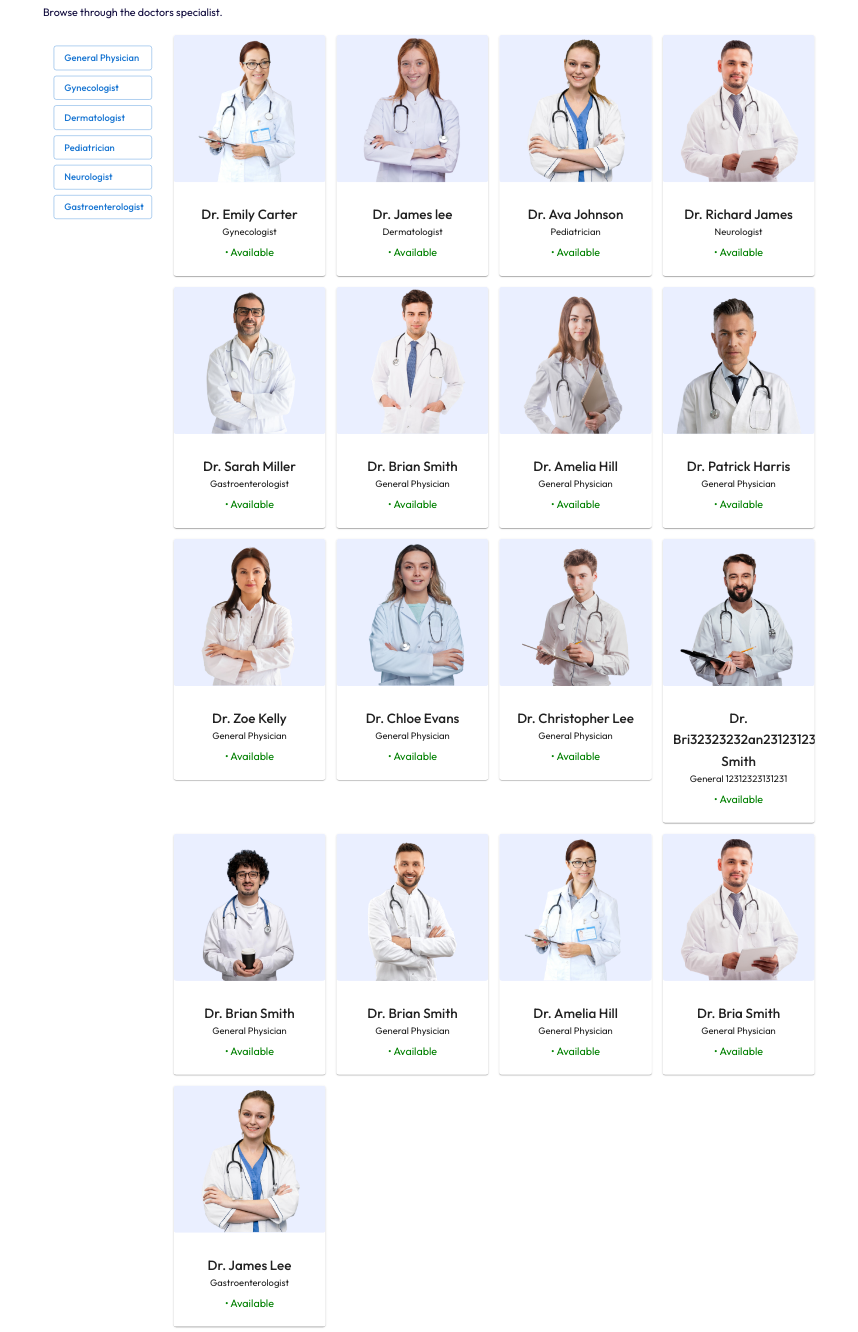
Repository: Ali-Dmerdash/DEPI_GRAD
Page: /
These files come from the project's save history. The page is drawn as it stood at one moment and after the next save; the edit follows.
The browser window is 1280 px wide. The pictures show the whole page, at 67% of full size.
The project was rebuilt for these pictures with package versions that can differ from the ones it lists, and the page was loaded fresh each time. Also part of the build but not shown: vite.config.ts.

Above is the page before, as saved 2024-10-05 22:22:38.

### src/App.tsx
import "./App.css";
import "react-router-dom";
import { library } from "@fortawesome/fontawesome-svg-core";
import { fab } from "@fortawesome/free-brands-svg-icons";
import { fas } from "@fortawesome/free-solid-svg-icons";
import { far } from "@fortawesome/free-regular-svg-icons";
import Doctors from "./pages/doctors/index.tsx";

function App() {
  return (
    <>
      <Doctors />
    </>
  );
}

export default App;
library.add(fab, fas, far);

### src/index.css
@import url("https://fonts.googleapis.com/css2?family=Outfit:wght@100..900&display=swap");

body {
  font-family: "Outfit", sans-serif;
  color: var(--text-color);
}

:root {
  --primary-color: #07456f;
  --secondary-color: #009f9d;
  --text-color: #0f0a3c;
  --card-button-color: #ace6f6;
  --border-color: #adadad;
}

### src/App.css
@import "./App.css";

body {
  color: var(--text-color);
}

### src/pages/doctors/index.tsx
import React, { useState } from "react";
import {
  Container,
  Grid,
  Card,
  CardContent,
  Typography,
  Box,
  CardMedia,
  Button,
} from "@mui/material";

interface Doctor {
  id: number;
  name: string;
  specialization: string;
  image: string;
  available?: boolean;
}

const doctors: Doctor[] = [
  {
    id: 1,
    name: "Dr. Emily Carter",
    specialization: "Gynecologist",
    image: "/src/pages/doctors/DEPI-React/file (2) 1.png",
    available: true,
  },
  {
    id: 2,
    name: "Dr. James lee",
    specialization: "Dermatologist",
    image: "/src/pages/doctors/DEPI-React/file (2) 2.png",
    available: true,
  },
  {
    id: 3,
    name: "Dr. Ava Johnson",
    specialization: "Pediatrician",
    image: "/src/pages/doctors/DEPI-React/file (2) 3.png",
    available: true,
  },
  {
    id: 4,
    name: "Dr. Richard James",
    specialization: "Neurologist",
    image: "/src/pages/doctors/DEPI-React/file (3) 1.png",
    available: true,
  },
  {
    id: 5,
    name: "Dr. Sarah Miller",
    specialization: "Gastroenterologist",
    image: "/src/pages/doctors/DEPI-React/file (3) 2.png",
    available: true,
  },
  {
    id: 6,
    name: "Dr. Brian Smith",
    specialization: "General Physician",
    image: "/src/pages/doctors/DEPI-React/file (3) 3.png",
    available: true,
  },
  {
    id: 7,
    name: "Dr. Amelia Hill",
    specialization: "General Physician",
    image: "/src/pages/doctors/DEPI-React/file (4) 1.png",
    available: true,
  },
  {
    id: 8,
    name: "Dr. Patrick Harris",
    specialization: "General Physician",
    image: "/src/pages/doctors/DEPI-React/file (4) 2.png",
    available: true,
  },
  {
    id: 9,
    name: "Dr. Zoe Kelly",
    specialization: "General Physician",
    image: "/src/pages/doctors/DEPI-React/file (4) 3.png",
    available: true,
  },
  {
    id: 10,
    name: "Dr. Chloe Evans",
    specialization: "General Physician",
    image: "/src/pages/doctors/DEPI-React/file (4) 4.png",
    available: true,
  },
  {
    id: 11,
    name: "Dr. Christopher Lee",
    specialization: "General Physician",
    image: "/src/pages/doctors/DEPI-React/file (5) 1.png",
    available: true,
  },
  {
    id: 12,
    name: "Dr. Bri32323232an23123123123123 Smith",
    specialization: "General 12312323131231",
    image: "/src/pages/doctors/DEPI-React/file (5) 2.png",
    available: true,
  },
  {
    id: 13,
    name: "Dr. Brian Smith",
    specialization: "General Physician",
    image: "/src/pages/doctors/DEPI-React/file (5) 3.png",
    available: true,
  },
  {
    id: 14,
    name: "Dr. Brian Smith",
    specialization: "General Physician",
    image: "/src/pages/doctors/DEPI-React/file (5) 4.png",
    available: true,
  },
  {
    id: 15,
    name: "Dr. Amelia Hill",
    specialization: "General Physician",
    image: "/src/pages/doctors/DEPI-React/file (2) 1.png",
    available: true,
  },
  {
    id: 16,
    name: "Dr. Bria Smith",
    specialization: "General Physician",
    image: "/src/pages/doctors/DEPI-React/file (3) 1.png",
    available: true,
  },
  {
    id: 17,
    name: "Dr. James Lee",
    specialization: "Gastroenterologist",
    image: "/src/pages/doctors/DEPI-React/file (2) 3.png",
    available: true,
  },
];

const specializations = [
  "General Physician",
  "Gynecologist",
  "Dermatologist",
  "Pediatrician",
  "Neurologist",
  "Gastroenterologist",
];

const Doctors: React.FC = () => {
  const [selectedSpecialization, setSelectedSpecialization] = useState<
    string | null
  >(null);

  const handleSpecializationClick = (specialization: string) => {
    setSelectedSpecialization(
      selectedSpecialization === specialization ? null : specialization
    );
  };

  const filteredDoctors = selectedSpecialization
    ? doctors.filter(
        (doctor) => doctor.specialization === selectedSpecialization
      )
    : doctors;

  return (
    <Container maxWidth="lg">
      <Grid item xs={12} md={12} mb={3}>
        Browse through the doctors specialist.
      </Grid>
      <Grid container spacing={2}>
        <Grid item xs={12} md={2}>
          <Box
            sx={{
              padding: 2,
              marginBottom: 2,
            }}
          >
            {specializations.map((specialization) => (
              <Button
                key={specialization}
                onClick={() => handleSpecializationClick(specialization)}
                variant={
                  selectedSpecialization === specialization
                    ? "contained"
                    : "outlined"
                }
                fullWidth
                sx={{
                  marginBottom: 1,
                  justifyContent: "flex-start",
                  textTransform: "none",
                }}
              >
                {specialization}
              </Button>
            ))}
          </Box>
        </Grid>

        <Grid item xs={12} md={10}>
          <Grid container spacing={2}>
            {filteredDoctors.map((doctor) => (
              <Grid item xs={12} md={3} key={doctor.id}>
                <Card
                  sx={{
                    transition: "transform 0.2s",
                    "&:hover": {
                      transform: "scale(1.05)",
                      boxShadow: "0 4px 20px rgba(0,0,0,0.3)",
                    },
                  }}
                >
                  <CardMedia
                    component="img"
                    image={doctor.image}
                    alt={doctor.name}
                    sx={{
                      width: "100%",
                      height: "220px",
                      objectFit: "scale-down",
                      borderRadius: "5px",
                      backgroundColor: "#eaefff",
                    }}
                  />
                  <CardContent>
                    <Typography variant="h6" align="center" sx={{ mt: 2 }}>
                      {doctor.name}
                    </Typography>
                    <Typography variant="body2" align="center" sx={{ mb: 1 }}>
                      {doctor.specialization}
                    </Typography>
                    {doctor.available && (
                      <Typography color="green" align="center">
                        &bull; Available
                      </Typography>
                    )}
                  </CardContent>
                </Card>
              </Grid>
            ))}
          </Grid>
        </Grid>
      </Grid>
    </Container>
  );
};

export default Doctors;

Loaded but not shown: index.html (common file); src/main.tsx (common file)

After the next save:
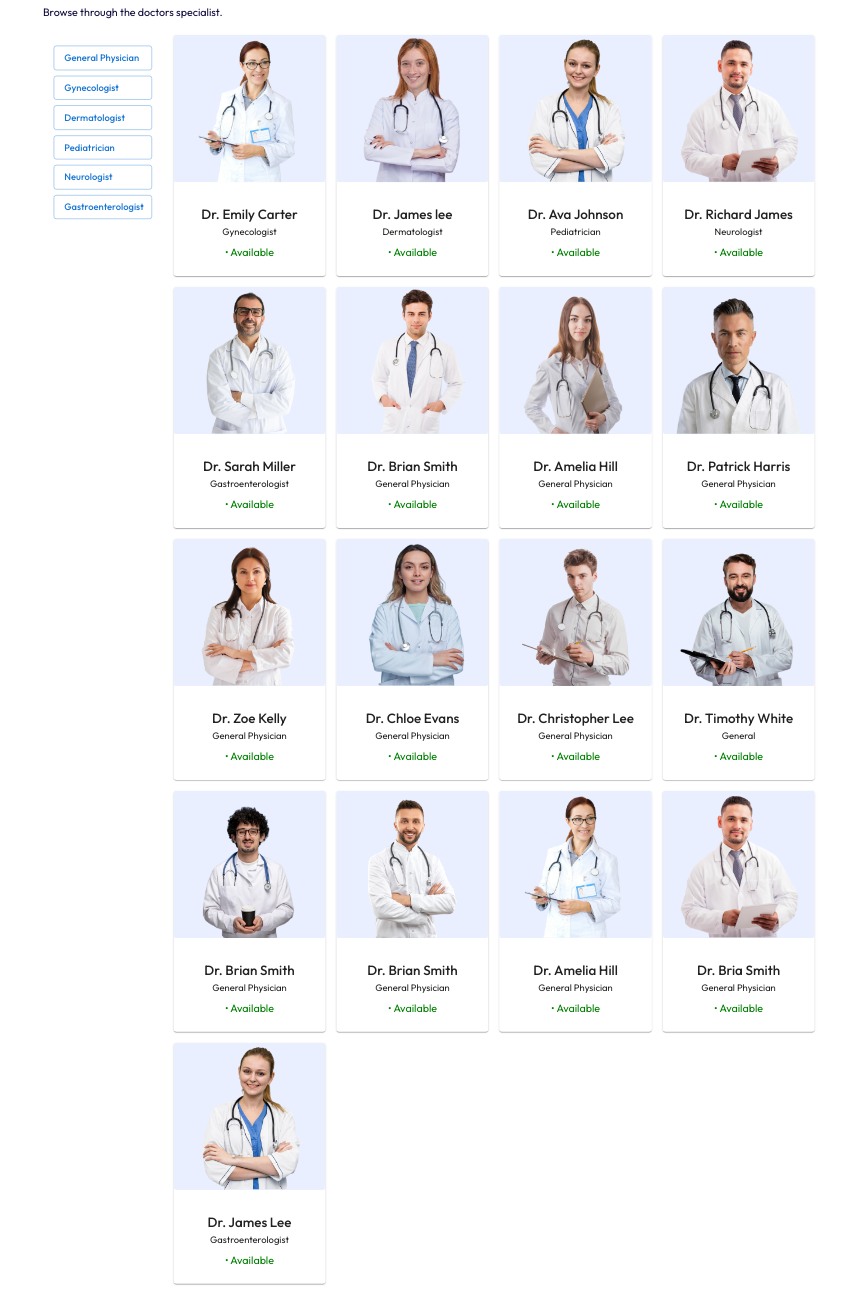
Saved 14 s later.
--- a/src/pages/doctors/index.tsx
+++ b/src/pages/doctors/index.tsx
@@ -98,8 +98,8 @@ const doctors: Doctor[] = [
   },
   {
     id: 12,
-    name: "Dr. Bri32323232an23123123123123 Smith",
-    specialization: "General 12312323131231",
+    name: "Dr. Timothy White",
+    specialization: "General ",
     image: "/src/pages/doctors/DEPI-React/file (5) 2.png",
     available: true,
   },
